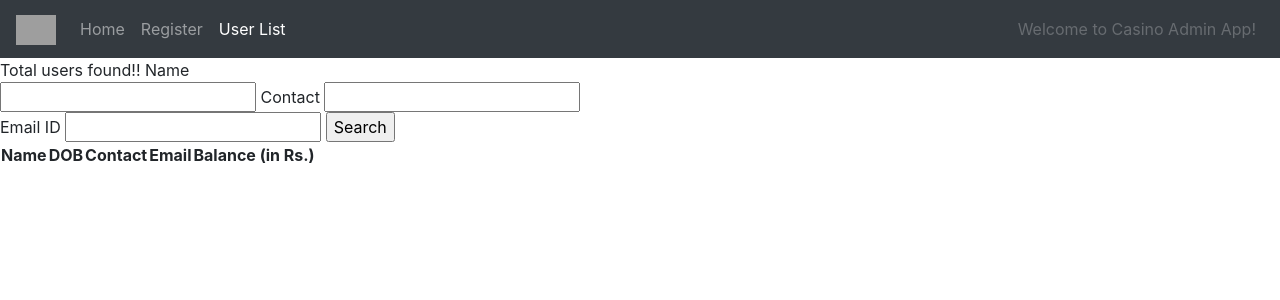
Repository: piyushrulesyou/CasinoGameApplication
Page: http://localhost/adminPanel/UsersList.jsp
These files come from the project's save history. The page is drawn as it stood at one moment and after the next save; the edit follows.
The browser window is 1280 px wide. The pictures show the whole page.
Pictures or frames that could not be fetched are drawn as grey boxes. The page is served by Tomcat 9. Nobody is signed in. The application's start-up code is not run.

Above is the page before, as saved 2019-11-01 05:47:52.

After the next save:
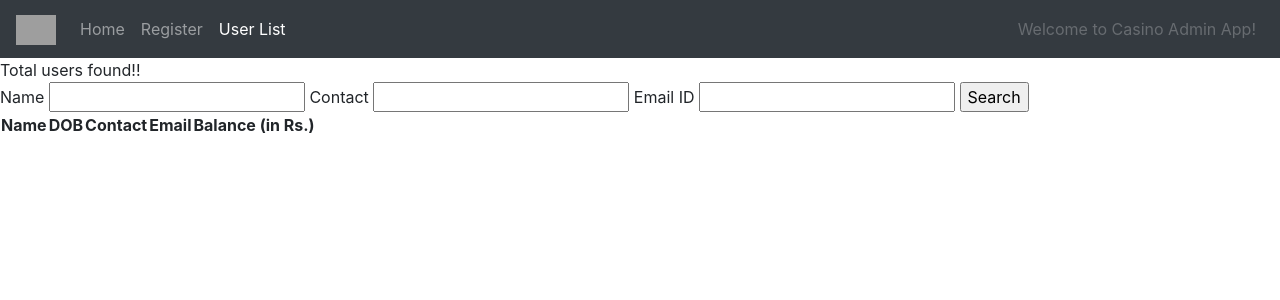
Saved 32 s later.
--- a/AdminPanel/adminPanel/src/main/webapp/UsersList.jsp
+++ b/AdminPanel/adminPanel/src/main/webapp/UsersList.jsp
@@ -43,7 +43,7 @@
 		</ul>
 	</nav>
 
-	Total ${listOfUsers.size()} users found!! Name
+	Total ${listOfUsers.size()} users found!!
 
 	<c:if test="${listOfUsers.size() == 0}">
 		<div class="alert alert-danger">No Users Found!!</div>
@@ -51,10 +51,10 @@
 
 	<form action="filterUsers" method="get">
 
-		<input type="text" id="filterName" name="filterName"> Contact
-		<input type="number" id="filterContact" name="filterContact">
-		<br> Email ID <input type="text" id="filterEMail"
-			name="filterEMail"> <input type="submit" value="Search">
+		Name <input type="text" id="filterName" name="filterName">
+		Contact <input type="number" id="filterContact" name="filterContact">
+		Email ID <input type="text" id="filterEMail" name="filterEMail">
+		<input type="submit" value="Search">
 	</form>
 
 	<table class="w3-table-all w3-centered">
